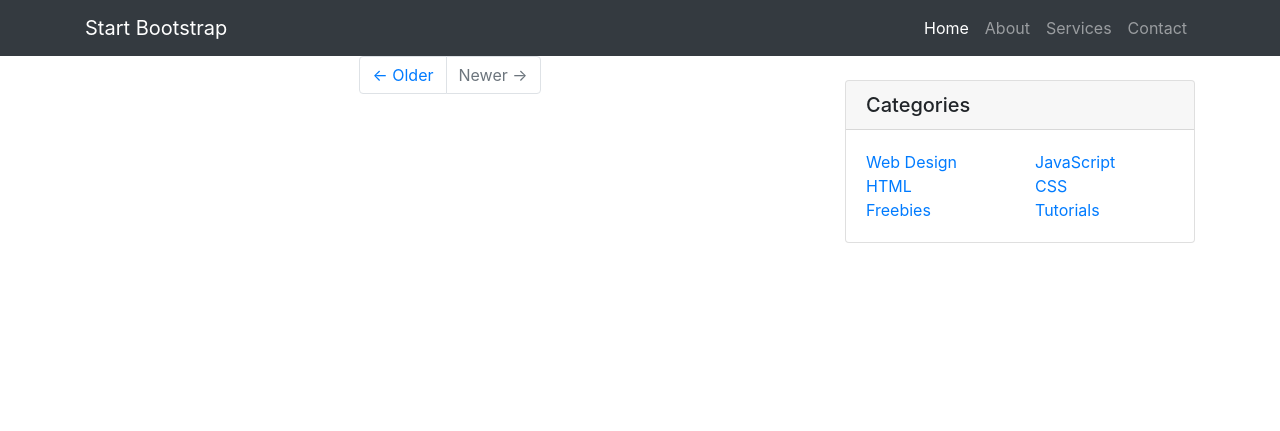
Repository: mohammedaniz/Blog-App
Page: /blogs
An editor plug-in stored every save of this project. The page is shown before and after the next save, followed by the edit.
The browser window is 1280 px wide. The pictures show the whole page.
The page's requests for data from a server got no answer. The project was rebuilt for these pictures with package versions that can differ from the ones it lists, and the page was loaded fresh each time. No one was signed in, and anything a server would have sent is missing. Also part of the build but not shown: src/components/Pages/Feed.component.vue, src/components/Pages/Feed.Details.vue.

Above is the page before, as saved 2020-09-12 16:43:39.

After the next save:
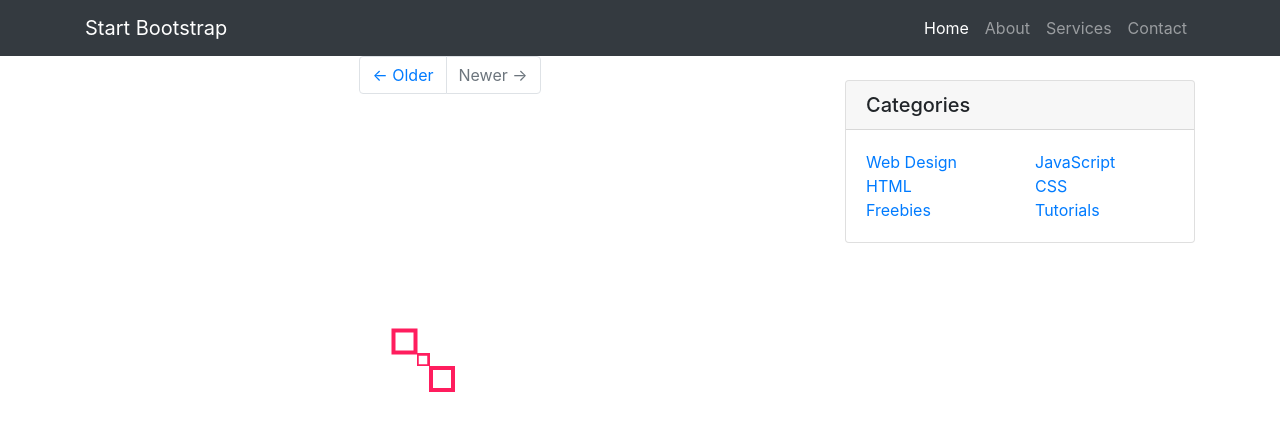
Saved 5 min 46 s later.
--- a/src/store/modules/blog.module.js
+++ b/src/store/modules/blog.module.js
@@ -33,7 +33,7 @@
         state.loadingStatus = true
         if(errors){
             state.errors.blogErrors = errors;
-            state.loadingStatus = false
+            // state.loadingStatus = false
         }
 
     }

After the save that followed:
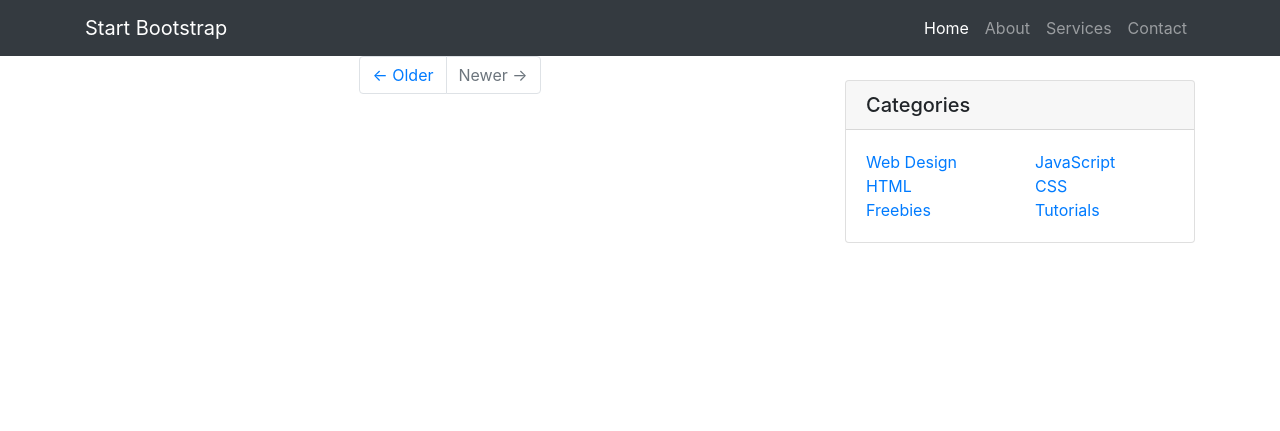
Saved 40 s later.
--- a/src/store/modules/blog.module.js
+++ b/src/store/modules/blog.module.js
@@ -27,10 +27,14 @@
 
 const mutations = {
     'SET_ALL_BLOGS_MUTATION' :(state,payload) => {
-        state.blogs = payload
+        state.loadingStatus = true
+        if(payload){
+            state.blogs = payload
+        }
+
     },
     'SET_BLOG_ERRORS_MUTATION' :(state, errors)=> {
-        state.loadingStatus = true
+
         if(errors){
             state.errors.blogErrors = errors;
             // state.loadingStatus = false
